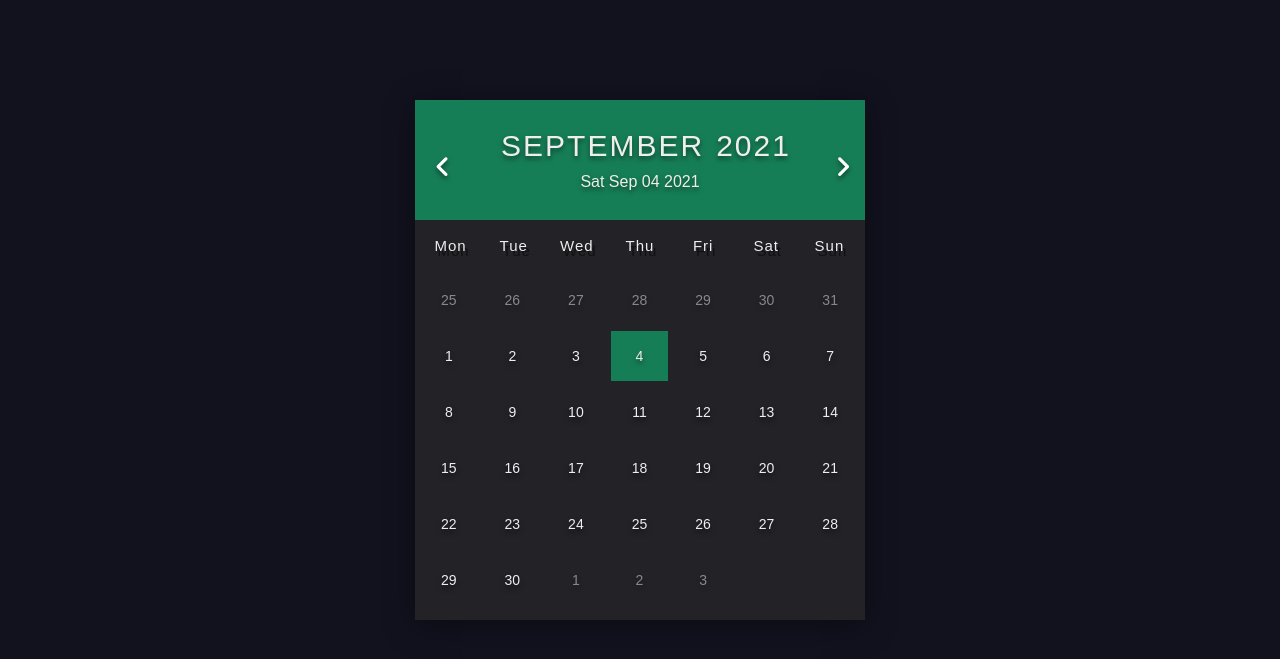
Repository: dboinska/calendar
Page: index.html
These files come from the project's save history. The page is drawn as it stood at one moment and after the next save; the edit follows.
The browser window is 1280 px wide. The pictures show the whole page.
Some web libraries are served in a nearby version.

Above is the page before, as saved 2021-09-08 00:36:12.

### index.html
<!DOCTYPE html>
<html lang="en">
  <head>
    <meta charset="UTF-8" />
    <meta http-equiv="X-UA-Compatible" content="IE=edge" />
    <meta name="viewport" content="width=device-width, initial-scale=1.0" />
    <title>Calendar</title>
    <script
      src="https://kit.fontawesome.com/5567926149.js"
      crossorigin="anonymous"
    ></script>
    <link rel="stylesheet" href="style.css" />
  </head>
  <body>
    <div class="container">
      <div class="calendar">
        <div class="month">
          <i class="fas fa-angle-left prev"></i>
          <div class="date">
            <div class="header">
              <h1></h1>
              <h2></h2>
            </div>
            <p class="currentDate"></p>
          </div>
          <i class="fas fa-angle-right next"></i>
        </div>
        <div class="weekdays">
          <div>Mon</div>
          <div>Tue</div>
          <div>Wed</div>
          <div>Thu</div>
          <div>Fri</div>
          <div>Sat</div>
          <div>Sun</div>
        </div>
        <div class="days"></div>
      </div>
    </div>
    <script src="script.js"></script>
  </body>
</html>

### style.css
* {
  margin: 0;
  padding: 0;
  box-sizing: border-box;
  font-family: "Quicksand", sans-serif;
}

html {
  font-size: 62.5%;
}

.container {
  width: 100%;
  height: 100vh;
  background-color: #12121f;
  color: #eee;
  display: flex;
  justify-content: center;
  align-items: center;
}

.calendar {
  width: 45rem;
  height: 52rem;
  background-color: #222227;
  box-shadow: 0 0.5rem 3rem rgba(0, 0, 0, 0.4);
}

.fas {
  height: 10px;
  width: 10px;
  color: white;
}

.month {
  width: 100%;
  height: 12rem;
  background-color: #167e56;
  display: flex;
  justify-content: space-between;
  align-items: center;
  padding: 0 2rem;
  text-align: center;
  text-shadow: 0 0.3rem 0.5rem rgba(0, 0, 0, 0.5);
}

.month i {
  font-size: 2.5rem;
  cursor: pointer;
}

.month h1,
h2 {
  font-size: 3rem;
  font-weight: 400;
  text-transform: uppercase;
  letter-spacing: 0.2rem;
  margin-bottom: 1rem;
  padding-left: 1.2rem;
}

.month p {
  font-size: 1.6rem;
}

.weekdays {
  width: 100%;
  height: 5rem;
  padding: 0 0.4rem;
  display: flex;
  align-items: center;
}

.weekdays div {
  font-size: 1.5rem;
  font-weight: 400;
  letter-spacing: 0.1rem;
  width: calc(44.2rem / 7);
  display: flex;
  justify-content: center;
  align-items: center;
  text-shadow: 0.3rem 0.5rem rgba(0, 0, 0, 0.5);
}

.days {
  width: 100%;
  display: flex;
  flex-wrap: wrap;
  padding: 0.2rem;
}

.days div {
  font-size: 1.4rem;
  margin: 0.3rem;
  width: calc(40.3rem / 7);
  height: 5rem;
  display: flex;
  justify-content: center;
  align-items: center;
  text-shadow: 0 0.3rem 0.5rem rgba(0, 0, 0, 0.5);
  transition: all 0.5s ease;
}

.days div:hover:not(.today) {
  background-color: #777;
  color: black;
  cursor: pointer;
  transition: all 0.5s ease;
}

.prev-date,
.next-date {
  opacity: 0.5;
}

.header {
  display: flex;
}

.clickedDay {
  background-color: #167e56;
}

p.currentDate {
  cursor: pointer;
}

### script.js
// const monthDays = document.querySelector(".days");
const date = new Date();
const renderCalendar = () => {
  const monthDays = document.querySelector(".days");
  const d = new Date(date.getFullYear(), date.getMonth() + 1, 0);
  const lastDay = new Date(
    date.getFullYear(),
    date.getMonth() + 1,
    0
  ).getDate();
  const prevLastDay = new Date(
    date.getFullYear(),
    date.getMonth(),
    0
  ).getDate();
  const firstDayIndex = date.getDay();
  const lastDayIndex = new Date(
    date.getFullYear(),
    date.getMonth(),
    0
  ).getDay();
  console.log({ firstDayIndex });
  console.log({ lastDayIndex });
  console.log({ lastDay });

  const nextDays = 7 - lastDayIndex - 1;
  const months = [
    "January",
    "February",
    "March",
    "April",
    "May",
    "June",
    "July",
    "August",
    "September",
    "October",
    "November",
    "December",
  ];

  document.querySelector(".date h1").textContent = months[date.getMonth()];
  document.querySelector(".date h2").textContent = date.getFullYear();
  document.querySelector(".date p").textContent = new Date().toDateString();

  // monthDays = "";
  //let days = "";

  monthDays.replaceChildren();

  //if (lastDayIndex !== 0) {
  for (let x = firstDayIndex + 1; x > 0; x--) {
    const div = document.createElement("div");
    div.textContent = prevLastDay - x + 1;
    div.className = "prev-date";
    monthDays.appendChild(div);
    //days += `<div class="prev-date">${prevLastDay - x + 1}</div>`;
  }
  //  console.log(firstDayIndex - 1, "nie poniedziałek");
  //}

  for (let i = 1; i < lastDay + 1; i++) {
    if (
      i === new Date().getDate() &&
      date.getMonth() === new Date().getMonth()
    ) {
      const div = document.createElement("div");
      div.textContent = i;
      div.className = "today clickedDay";
      monthDays.appendChild(div);
      //days += `<div class="today">${i}</div>`;
    } else {
      let div = document.createElement("div");
      div.textContent = i;
      monthDays.appendChild(div);
      // days += `<div>${i}</div>`;
    }

    //monthDays.innerHTML = days;
  }
  // console.log(
  //   "next days",
  //   nextDays,
  //   "last day index",
  //   lastDayIndex,
  //   "firstdayindex",
  //   firstDayIndex,
  //   "prevlastday",
  //   prevLastDay,
  //   "d",
  //   d.getDay()
  // );
  //for (let j = 1; j <= nextDays - 1; j++) {

  //if (d.getDay() !== 0) {
  for (let j = 1; j <= 7 - d.getDay(); j++) {
    console.log(d.getDay(), j);
    let div = document.createElement("div");
    div.textContent = j;
    div.className = "next-date";
    monthDays.appendChild(div);
    // days += `<div class="next-date">${j}</div>`;
    //monthDays.innerHTML = days;
  }
  //}

  monthDays.addEventListener("click", (event) => {
    //console.log(event.currentTarget, event.target.textContent);

    const today = document.querySelector(".today");
    if (today) {
      today.classList.remove("clickedDay");
    }
    const findClickedDay = [...monthDays.childNodes].find((day) => {
      return day.classList.contains("clickedDay");
    });
    if (
      findClickedDay &&
      !event.target.classList.contains("days") &&
      !event.target.classList.contains("prev-date") &&
      !event.target.classList.contains("next-date")
    ) {
      findClickedDay.classList.remove("clickedDay");
    }

    if (
      !event.target.classList.contains("days") &&
      !event.target.classList.contains("prev-date") &&
      !event.target.classList.contains("next-date")
    ) {
      event.target.classList.add("clickedDay");
    }
  });
  // const days = [...document.querySelectorAll(".days div")];
  // function clickDay(day) {
  //   days.addEventListener("click", () => {
  //     day.classList.add("clickedDay");
  //   });
  // }
  // console.log(days);
};
// date.setDate(1);
// console.log(date.getDay());
// const month = date.getMonth();
// console.log(month);

function backToPrevMonth() {
  date.setMonth(date.getMonth() - 1);
  //console.log("month", date.getMonth());
  renderCalendar();
}

function goToNextMonth() {
  date.setMonth(date.getMonth() + 1);
  //console.log("month", date.getMonth());
  renderCalendar();
}

const prevMonth = document.querySelector(".prev");
const nextMonth = document.querySelector(".next");

prevMonth.addEventListener("click", backToPrevMonth);

document.addEventListener("keydown", function (e) {
  if (e.keyCode == "37") {
    backToPrevMonth();
  }
});

nextMonth.addEventListener("click", goToNextMonth);

document.addEventListener("keydown", function (e) {
  if (e.keyCode == "39") {
    goToNextMonth();
  }
});

const currentDate = document.querySelector(".currentDate");

currentDate.addEventListener("click", (event) => {
  //console.log(" p clicked");
  const today = document.querySelector(".today");
  const monthDays = document.querySelector(".days");

  const findClickedDay = [...monthDays.childNodes].find((day) => {
    return day.classList.contains("clickedDay");
  });
  if (findClickedDay) {
    findClickedDay.classList.remove("clickedDay");
    today.classList.add("clickedDay");
  }
});

renderCalendar();

After the next save:
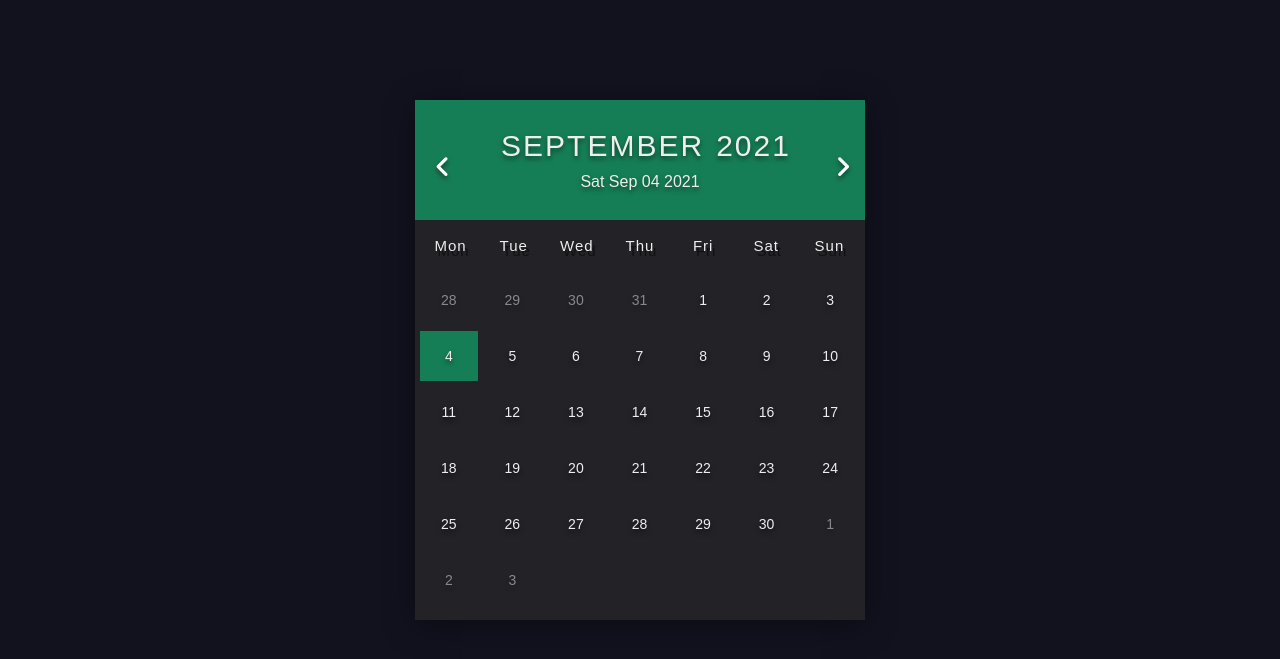
Saved 27 s later.
--- a/script.js
+++ b/script.js
@@ -49,7 +49,7 @@
   monthDays.replaceChildren();
 
   //if (lastDayIndex !== 0) {
-  for (let x = firstDayIndex + 1; x > 0; x--) {
+  for (let x = firstDayIndex - 2; x > 0; x--) {
     const div = document.createElement("div");
     div.textContent = prevLastDay - x + 1;
     div.className = "prev-date";
